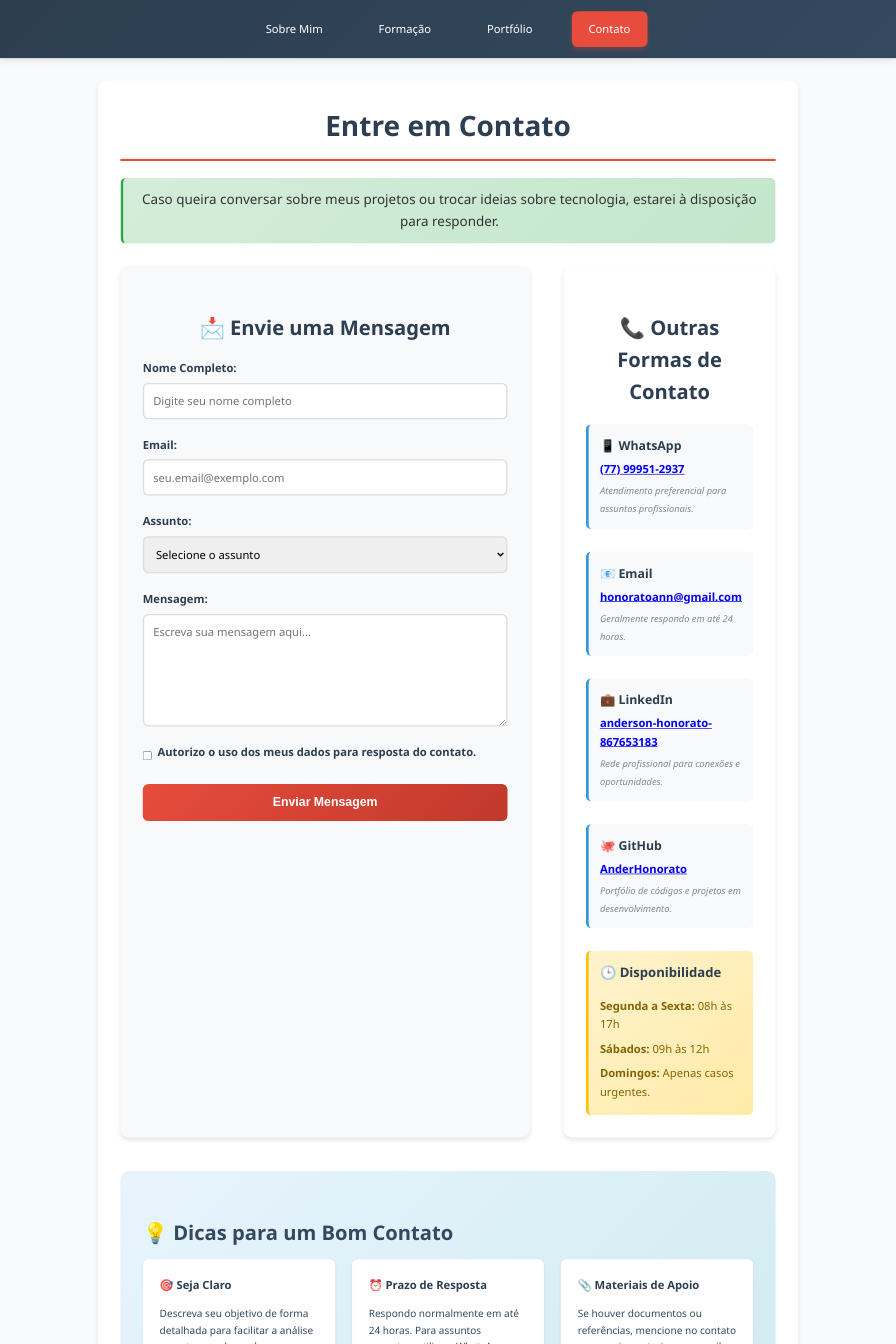
Repository: AnderHonorato/meu-portfolio
Page: contato.html
An editor plug-in stored every save of this project. The page is shown before and after the next save, followed by the edit.
The browser window is 1280 px wide. The pictures show the part of the page from y = 0 to 1920 px (the page is 2054 px tall before and 2943 px after), at 70% of full size.

Above is the page before, as saved 2025-08-26 23:34:54.

### contato.html
<!DOCTYPE html>
<html lang="pt-br">
<head>
    <meta charset="UTF-8">
    <meta name="viewport" content="width=device-width, initial-scale=1.0">
    <title>Contato - Anderson</title>
    <link rel="stylesheet" href="css/style.css">
</head>
<body>
    <!-- MENU -->
    <nav class="menu">
        <ul>
            <li><a href="index.html">Sobre Mim</a></li>
            <li><a href="formacao.html">Formação</a></li>
            <li><a href="portfolio.html">Portfólio</a></li>
            <li><a href="contato.html" class="ativo">Contato</a></li>
        </ul>
    </nav>

    <!-- CONTEÚDO ESPECÍFICO DA PÁGINA DE CONTATO -->
    <main class="conteudo">
        <h1>Entre em Contato</h1>

        <p class="intro-contato">
            Caso queira conversar sobre meus projetos ou trocar ideias sobre tecnologia, estarei à disposição para responder.
        </p>

        <div class="contato-container">
            <!-- FORMULÁRIO DE CONTATO -->
            <div class="formulario-contato">
                <h2>📩 Envie uma Mensagem</h2>

                <!-- FORMULÁRIO (APENAS VISUAL) -->
                <form class="form-contato" id="formContato">
                    <div class="campo">
                        <label for="nome">Nome Completo:</label>
                        <input type="text" id="nome" name="nome" placeholder="Digite seu nome completo" required>
                    </div>

                    <div class="campo">
                        <label for="email">Email:</label>
                        <input type="email" id="email" name="email" placeholder="seu.email@exemplo.com" required>
                    </div>

                    <div class="campo">
                        <label for="assunto">Assunto:</label>
                        <select id="assunto" name="assunto" required>
                            <option value="">Selecione o assunto</option>
                            <option value="oportunidade">Oportunidade de Trabalho</option>
                            <option value="projeto">Proposta de Projeto</option>
                            <option value="duvida">Dúvida Técnica</option>
                            <option value="networking">Networking</option>
                            <option value="outros">Outros</option>
                        </select>
                    </div>

                    <div class="campo">
                        <label for="mensagem">Mensagem:</label>
                        <textarea id="mensagem" name="mensagem" rows="6" placeholder="Escreva sua mensagem aqui..." required></textarea>
                    </div>

                    <!-- CHECKBOX DE CONFIRMAÇÃO -->
                    <div class="campo checkbox">
                        <input type="checkbox" id="aceite" name="aceite" required>
                        <label for="aceite">Autorizo o uso dos meus dados para resposta do contato.</label>
                    </div>

                    <button type="submit" class="btn-enviar">Enviar Mensagem</button>
                </form>

                <!-- MENSAGEM DE RETORNO (OCULTA INICIALMENTE) -->
                <div id="mensagemRetorno" class="mensagem-retorno" style="display: none;">
                    <p>✅ Mensagem enviada com sucesso! Retornarei o contato em breve.</p>
                </div>
            </div>

            <!-- INFORMAÇÕES DE CONTATO DIRETO -->
            <div class="info-contato">
            <h2>📞 Outras Formas de Contato</h2>

            <div class="contato-item">
                <h3>📱 WhatsApp</h3>
                <p><a href="https://wa.me/5577999512937" target="_blank">(77) 99951-2937</a></p>
                <small>Atendimento preferencial para assuntos profissionais.</small>
            </div>

            <div class="contato-item">
                <h3>📧 Email</h3>
                <p><a href="mailto:honoratoann@gmail.com">honoratoann@gmail.com</a></p>
                <small>Geralmente respondo em até 24 horas.</small>
            </div>

            <div class="contato-item">
                <h3>💼 LinkedIn</h3>
                <p><a href="https://www.linkedin.com/in/anderson-honorato-867653183/" target="_blank">anderson-honorato-867653183</a></p>
                <small>Rede profissional para conexões e oportunidades.</small>
            </div>

            <div class="contato-item">
                <h3>🐙 GitHub</h3>
                <p><a href="https://github.com/AnderHonorato" target="_blank">AnderHonorato</a></p>
                <small>Portfólio de códigos e projetos em desenvolvimento.</small>
            </div>

                <!-- HORÁRIOS DE DISPONIBILIDADE -->
                <div class="disponibilidade">
                    <h3>🕒 Disponibilidade</h3>
                    <ul>
                        <li><strong>Segunda a Sexta:</strong> 08h às 17h</li>
                        <li><strong>Sábados:</strong> 09h às 12h</li>
                        <li><strong>Domingos:</strong> Apenas casos urgentes.</li>
                    </ul>
                </div>
            </div>
        </div>

        <!-- SEÇÃO DE DICAS DE CONTATO -->
        <div class="dicas-contato">
            <h2>💡 Dicas para um Bom Contato</h2>
            <div class="dicas-grid">
                <div class="dica-item">
                    <h4>🎯 Seja Claro</h4>
                    <p>Descreva seu objetivo de forma detalhada para facilitar a análise e o retorno adequado.</p>
                </div>
                <div class="dica-item">
                    <h4>⏰ Prazo de Resposta</h4>
                    <p>Respondo normalmente em até 24 horas. Para assuntos urgentes, utilize o WhatsApp.</p>
                </div>
                <div class="dica-item">
                    <h4>📎 Materiais de Apoio</h4>
                    <p>Se houver documentos ou referências, mencione no contato para envio posterior por email.</p>
                </div>
            </div>
        </div>
    </main>

    <!-- SCRIPT DE INTERATIVIDADE DO FORMULÁRIO -->
    <script>
        // SIMULA O ENVIO DO FORMULÁRIO E MOSTRA MENSAGEM DE SUCESSO
        document.getElementById('formContato').addEventListener('submit', function(e) {
            e.preventDefault();
            document.getElementById('mensagemRetorno').style.display = 'block';
            this.reset();
            document.getElementById('mensagemRetorno').scrollIntoView({ behavior: 'smooth' });
        });
    </script>
</body>
</html>

### css/style.css
/* Reset básico e configurações globais */
* {
    margin: 0;
    padding: 0;
    box-sizing: border-box;
}

/* Configurações do corpo da página */
body {
    font-family: 'Segoe UI', Tahoma, Geneva, Verdana, sans-serif;
    line-height: 1.6;
    color: #333;
    background-color: #f8f9fa;
}

/* Menu de navegação - SEMPRE VISÍVEL */
.menu {
    background: linear-gradient(135deg, #2c3e50, #34495e);
    padding: 1rem 0;
    position: sticky; /* Menu fica fixo no topo ao rolar */
    top: 0;
    z-index: 1000; /* Garante que fica por cima de outros elementos */
    box-shadow: 0 2px 10px rgba(0,0,0,0.1);
}

.menu ul {
    list-style: none;
    display: flex;
    justify-content: center;
    gap: 2rem;
    max-width: 1200px;
    margin: 0 auto;
    padding: 0 1rem;
}

.menu a {
    color: white;
    text-decoration: none;
    padding: 0.8rem 1.5rem;
    border-radius: 8px;
    transition: all 0.3s ease;
    display: block;
    font-weight: 500;
}

.menu a:hover {
    background-color: rgba(255, 255, 255, 0.1);
    transform: translateY(-2px);
}

.menu a.ativo {
    background-color: #e74c3c;
    box-shadow: 0 4px 8px rgba(231, 76, 60, 0.3);
}

/* Conteúdo principal */
.conteudo {
    max-width: 1000px;
    margin: 2rem auto;
    padding: 0 1rem;
    background-color: white;
    border-radius: 12px;
    box-shadow: 0 4px 6px rgba(0,0,0,0.1);
    padding: 2rem;
}

.conteudo h1 {
    color: #2c3e50;
    margin-bottom: 1.5rem;
    text-align: center;
    font-size: 2.5rem;
    border-bottom: 3px solid #e74c3c;
    padding-bottom: 1rem;
}

.conteudo h2 {
    color: #34495e;
    margin: 2rem 0 1rem 0;
    font-size: 1.8rem;
}

/* === ESTILOS PÁGINA SOBRE MIM === */
.sobre-container {
    display: grid;
    grid-template-columns: 250px 1fr;
    gap: 2rem;
    margin-top: 2rem;
}

.foto-perfil {
    text-align: center;
}

.placeholder-foto {
    width: 200px;
    height: 200px;
    border-radius: 50%;
    background: linear-gradient(135deg, #e74c3c, #c0392b);
    display: flex;
    align-items: center;
    justify-content: center;
    color: white;
    font-weight: bold;
    margin: 0 auto;
    box-shadow: 0 8px 16px rgba(231, 76, 60, 0.3);
}

.foto-perfil img {
    width: 200px;
    height: 200px;
    border-radius: 50%;
    object-fit: cover;
    box-shadow: 0 8px 16px rgba(0,0,0,0.2);
}

.texto-sobre {
    flex: 1;
}

.texto-sobre p {
    margin-bottom: 1rem;
    text-align: justify;
    font-size: 1.1rem;
}

.lista-hobbies {
    list-style: none;
    margin: 1rem 0;
}

.lista-hobbies li {
    padding: 0.5rem 0;
    font-size: 1.1rem;
    border-bottom: 1px solid #eee;
    transition: all 0.3s ease;
}

.lista-hobbies li:hover {
    background-color: #f8f9fa;
    padding-left: 1rem;
    border-left: 4px solid #e74c3c;
}

.info-adicional {
    margin-top: 3rem;
    padding: 2rem;
    background: linear-gradient(135deg, #ecf0f1, #bdc3c7);
    border-radius: 12px;
}

/* === ESTILOS PÁGINA FORMAÇÃO === */
.formacao-secao {
    margin-bottom: 3rem;
}

.item-formacao {
    background: linear-gradient(135deg, #f8f9fa, #e9ecef);
    padding: 2rem;
    border-radius: 12px;
    margin-bottom: 1.5rem;
    border-left: 5px solid #e74c3c;
    transition: transform 0.3s ease;
}

.item-formacao:hover {
    transform: translateY(-5px);
    box-shadow: 0 8px 16px rgba(0,0,0,0.1);
}

.item-formacao h3 {
    color: #2c3e50;
    margin-bottom: 1rem;
    font-size: 1.3rem;
}

.item-formacao p {
    margin-bottom: 0.5rem;
}

.lista-idiomas {
    list-style: none;
}

.lista-idiomas li {
    padding: 1rem 0;
    border-bottom: 1px solid #ddd;
}

.lista-idiomas li:last-child {
    border-bottom: none;
}

.nivel-idioma {
    margin-top: 0.5rem;
}

.barra-progresso {
    width: 100%;
    height: 8px;
    background-color: #ecf0f1;
    border-radius: 4px;
    overflow: hidden;
    margin: 0.5rem 0;
}

.progresso {
    height: 100%;
    background: linear-gradient(90deg, #e74c3c, #c0392b);
    transition: width 0.3s ease;
}

.descricao-nivel {
    font-size: 0.9rem;
    color: #7f8c8d;
    font-style: italic;
}

.proximos-estudos ul {
    list-style: none;
    display: grid;
    grid-template-columns: repeat(auto-fit, minmax(250px, 1fr));
    gap: 1rem;
}

.proximos-estudos li {
    background-color: #fff3cd;
    padding: 1rem;
    border-radius: 8px;
    border-left: 4px solid #ffc107;
    font-weight: 500;
}

/* === ESTILOS PÁGINA PORTFÓLIO === */
.intro-portfolio {
    text-align: center;
    font-size: 1.2rem;
    margin-bottom: 2rem;
    padding: 1rem;
    background-color: #f8f9fa;
    border-radius: 8px;
    border-left: 4px solid #e74c3c;
}

.projetos-grid {
    display: grid;
    grid-template-columns: repeat(auto-fit, minmax(350px, 1fr));
    gap: 2rem;
    margin-bottom: 3rem;
}

.projeto-item {
    background: linear-gradient(135deg, #ffffff, #f8f9fa);
    padding: 2rem;
    border-radius: 12px;
    box-shadow: 0 4px 8px rgba(0,0,0,0.1);
    transition: all 0.3s ease;
    border-top: 4px solid #e74c3c;
}

.projeto-item:hover {
    transform: translateY(-8px);
    box-shadow: 0 12px 24px rgba(0,0,0,0.15);
}

.projeto-item h3 {
    color: #2c3e50;
    margin-bottom: 1rem;
    font-size: 1.4rem;
}

.tags-projeto {
    margin-bottom: 1rem;
}

.tag {
    display: inline-block;
    background: linear-gradient(135deg, #e74c3c, #c0392b);
    color: white;
    padding: 0.3rem 0.8rem;
    border-radius: 20px;
    font-size: 0.8rem;
    margin-right: 0.5rem;
    font-weight: 500;
}

.projeto-detalhes {
    margin: 1rem 0;
    padding: 1rem;
    background-color: #f8f9fa;
    border-radius: 8px;
}

.projeto-detalhes p {
    margin-bottom: 0.5rem;
    font-size: 0.9rem;
}

.btn-projeto {
    display: inline-block;
    background: linear-gradient(135deg, #3498db, #2980b9);
    color: white;
    padding: 0.8rem 1.5rem;
    text-decoration: none;
    border-radius: 8px;
    transition: all 0.3s ease;
    font-weight: 500;
}

.btn-projeto:hover {
    transform: translateY(-2px);
    box-shadow: 0 4px 8px rgba(52, 152, 219, 0.3);
}

/* Habilidades técnicas */
.habilidades-secao {
    margin-top: 3rem;
    padding: 2rem;
    background: linear-gradient(135deg, #ecf0f1, #bdc3c7);
    border-radius: 12px;
}

.habilidades-grid {
    display: grid;
    grid-template-columns: repeat(auto-fit, minmax(250px, 1fr));
    gap: 1.5rem;
    margin-top: 1rem;
}

.habilidade-item {
    background-color: white;
    padding: 1.5rem;
    border-radius: 8px;
    box-shadow: 0 2px 4px rgba(0,0,0,0.1);
}

.habilidade-item h4 {
    color: #2c3e50;
    margin-bottom: 1rem;
    font-size: 1.1rem;
}

.nivel-habilidade {
    display: flex;
    align-items: center;
    gap: 1rem;
}

.barra-habilidade {
    flex: 1;
    height: 8px;
    background-color: #ecf0f1;
    border-radius: 4px;
    overflow: hidden;
}

.progresso-habilidade {
    height: 100%;
    background: linear-gradient(90deg, #27ae60, #2ecc71);
    transition: width 0.3s ease;
}

.estudos-atuais {
    margin-top: 2rem;
    padding: 2rem;
    background-color: #e8f5e8;
    border-radius: 12px;
    border-left: 5px solid #27ae60;
}

.lista-estudos {
    list-style: none;
    display: grid;
    grid-template-columns: repeat(auto-fit, minmax(300px, 1fr));
    gap: 1rem;
}

.lista-estudos li {
    padding: 1rem;
    background-color: white;
    border-radius: 8px;
    box-shadow: 0 2px 4px rgba(0,0,0,0.1);
    transition: transform 0.3s ease;
}

.lista-estudos li:hover {
    transform: translateX(10px);
}

/* === ESTILOS PÁGINA CONTATO === */
.intro-contato {
    text-align: center;
    font-size: 1.2rem;
    margin-bottom: 2rem;
    padding: 1rem;
    background: linear-gradient(135deg, #d4edda, #c3e6cb);
    border-radius: 8px;
    border-left: 4px solid #28a745;
}

.contato-container {
    display: grid;
    grid-template-columns: 2fr 1fr;
    gap: 3rem;
    margin-top: 2rem;
}

.formulario-contato {
    background-color: #f8f9fa;
    padding: 2rem;
    border-radius: 12px;
    box-shadow: 0 4px 8px rgba(0,0,0,0.1);
}

.formulario-contato h2 {
    color: #2c3e50;
    margin-bottom: 1.5rem;
    text-align: center;
}

.form-contato {
    display: flex;
    flex-direction: column;
    gap: 1.5rem;
}

.campo {
    display: flex;
    flex-direction: column;
}

.campo.checkbox {
    flex-direction: row;
    align-items: center;
    gap: 0.5rem;
}

.campo.checkbox input {
    width: auto;
}

.campo label {
    margin-bottom: 0.5rem;
    font-weight: 600;
    color: #2c3e50;
}

.campo input,
.campo textarea,
.campo select {
    padding: 0.8rem;
    border: 2px solid #ddd;
    border-radius: 8px;
    font-size: 1rem;
    transition: border-color 0.3s ease;
    font-family: inherit;
}

.campo input:focus,
.campo textarea:focus,
.campo select:focus {
    outline: none;
    border-color: #e74c3c;
    box-shadow: 0 0 0 3px rgba(231, 76, 60, 0.1);
}

.btn-enviar {
    background: linear-gradient(135deg, #e74c3c, #c0392b);
    color: white;
    padding: 1rem 2rem;
    border: none;
    border-radius: 8px;
    cursor: pointer;
    font-size: 1.1rem;
    font-weight: 600;
    transition: all 0.3s ease;
}

.btn-enviar:hover {
    transform: translateY(-2px);
    box-shadow: 0 4px 8px rgba(231, 76, 60, 0.3);
}

.mensagem-retorno {
    margin-top: 1rem;
    padding: 1rem;
    background-color: #d4edda;
    border: 1px solid #c3e6cb;
    border-radius: 8px;
    color: #155724;
    text-align: center;
    font-weight: 500;
}

/* Informações de contato */
.info-contato {
    background-color: white;
    padding: 2rem;
    border-radius: 12px;
    box-shadow: 0 4px 8px rgba(0,0,0,0.1);
    height: fit-content;
}

.info-contato h2 {
    color: #2c3e50;
    margin-bottom: 1.5rem;
    text-align: center;
}

.contato-item {
    margin-bottom: 2rem;
    padding: 1rem;
    background-color: #f8f9fa;
    border-radius: 8px;
    border-left: 4px solid #3498db;
}

.contato-item h3 {
    color: #2c3e50;
    margin-bottom: 0.5rem;
    font-size: 1.1rem;
}

.contato-item p {
    font-weight: 600;
    color: #34495e;
    margin-bottom: 0.3rem;
}

.contato-item small {
    color: #7f8c8d;
    font-style: italic;
}

.disponibilidade {
    padding: 1rem;
    background: linear-gradient(135deg, #fff3cd, #ffeaa7);
    border-radius: 8px;
    border-left: 4px solid #ffc107;
}

.disponibilidade h3 {
    color: #2c3e50;
    margin-bottom: 1rem;
}

.disponibilidade ul {
    list-style: none;
}

.disponibilidade li {
    padding: 0.3rem 0;
    color: #856404;
}

/* Dicas de contato */
.dicas-contato {
    margin-top: 3rem;
    padding: 2rem;
    background: linear-gradient(135deg, #e8f4fd, #d1ecf1);
    border-radius: 12px;
}

.dicas-grid {
    display: grid;
    grid-template-columns: repeat(auto-fit, minmax(250px, 1fr));
    gap: 1.5rem;
    margin-top: 1rem;
}

.dica-item {
    background-color: white;
    padding: 1.5rem;
    border-radius: 8px;
    box-shadow: 0 2px 4px rgba(0,0,0,0.1);
    transition: transform 0.3s ease;
}

.dica-item:hover {
    transform: translateY(-5px);
}

.dica-item h4 {
    color: #2c3e50;
    margin-bottom: 1rem;
}

.dica-item p {
    color: #34495e;
    font-size: 0.9rem;
}

/* === RESPONSIVIDADE === */
@media (max-width: 768px) {
    /* Menu responsivo */
    .menu ul {
        flex-wrap: wrap;
        gap: 0.5rem;
        justify-content: center;
    }

    .menu a {
        padding: 0.6rem 1rem;
        font-size: 0.9rem;
    }

    /* Conteúdo */
    .conteudo {
        margin: 1rem;
        padding: 1.5rem;
    }

    .conteudo h1 {
        font-size: 2rem;
    }

    /* Sobre mim responsivo */
    .sobre-container {
        grid-template-columns: 1fr;
        text-align: center;
        gap: 1.5rem;
    }

    /* Formação responsiva */
    .item-formacao {
        padding: 1.5rem;
    }

    /* Portfólio responsivo */
    .projetos-grid {
        grid-template-columns: 1fr;
        gap: 1.5rem;
    }

    .habilidades-grid {
        grid-template-columns: 1fr;
    }

    /* Contato responsivo */
    .contato-container {
        grid-template-columns: 1fr;
        gap: 2rem;
    }

    .dicas-grid {
        grid-template-columns: 1fr;
    }
}

@media (max-width: 480px) {
    .conteudo {
        padding: 1rem;
    }

    .conteudo h1 {
        font-size: 1.8rem;
    }

    .menu ul {
        flex-direction: column;
        gap: 0.3rem;
    }

    .projeto-item,
    .item-formacao,
    .formulario-contato {
        padding: 1rem;
    }
}

/* Animações e efeitos especiais */
@keyframes slideInUp {
    from {
        opacity: 0;
        transform: translateY(30px);
    }
    to {
        opacity: 1;
        transform: translateY(0);
    }
}

.conteudo {
    animation: slideInUp 0.6s ease-out;
}

/* Scroll suave */
html {
    scroll-behavior: smooth;
}

/* desataque */
.projeto-item.destaque {
    background: linear-gradient(135deg, #f0f9ff, #e6f7ff);
    border-left: 6px solid #3498db;
    box-shadow: 0 8px 16px rgba(52, 152, 219, 0.2);
    transform: scale(1.02);
    transition: all 0.4s ease;
    position: relative;
    overflow: hidden;
}

.projeto-item.destaque:hover {
    transform: scale(1.04);
    box-shadow: 0 12px 24px rgba(52, 152, 219, 0.3);
}

.projeto-item.destaque::before {
    content: "";
    position: absolute;
    top: -2px;
    left: -2px;
    right: -2px;
    bottom: -2px;
    background: linear-gradient(90deg, #3498db, #2980b9, #3498db);
    z-index: 0;
    border-radius: 12px;
    filter: blur(6px);
    opacity: 0.7;
    animation: animarBorda 3s linear infinite;
}

.projeto-item.destaque > * {
    position: relative;
    z-index: 1;
}

@keyframes animarBorda {
    0% { background-position: 0% 50%; }
    50% { background-position: 100% 50%; }
    100% { background-position: 0% 50%; }
}

After the next save:
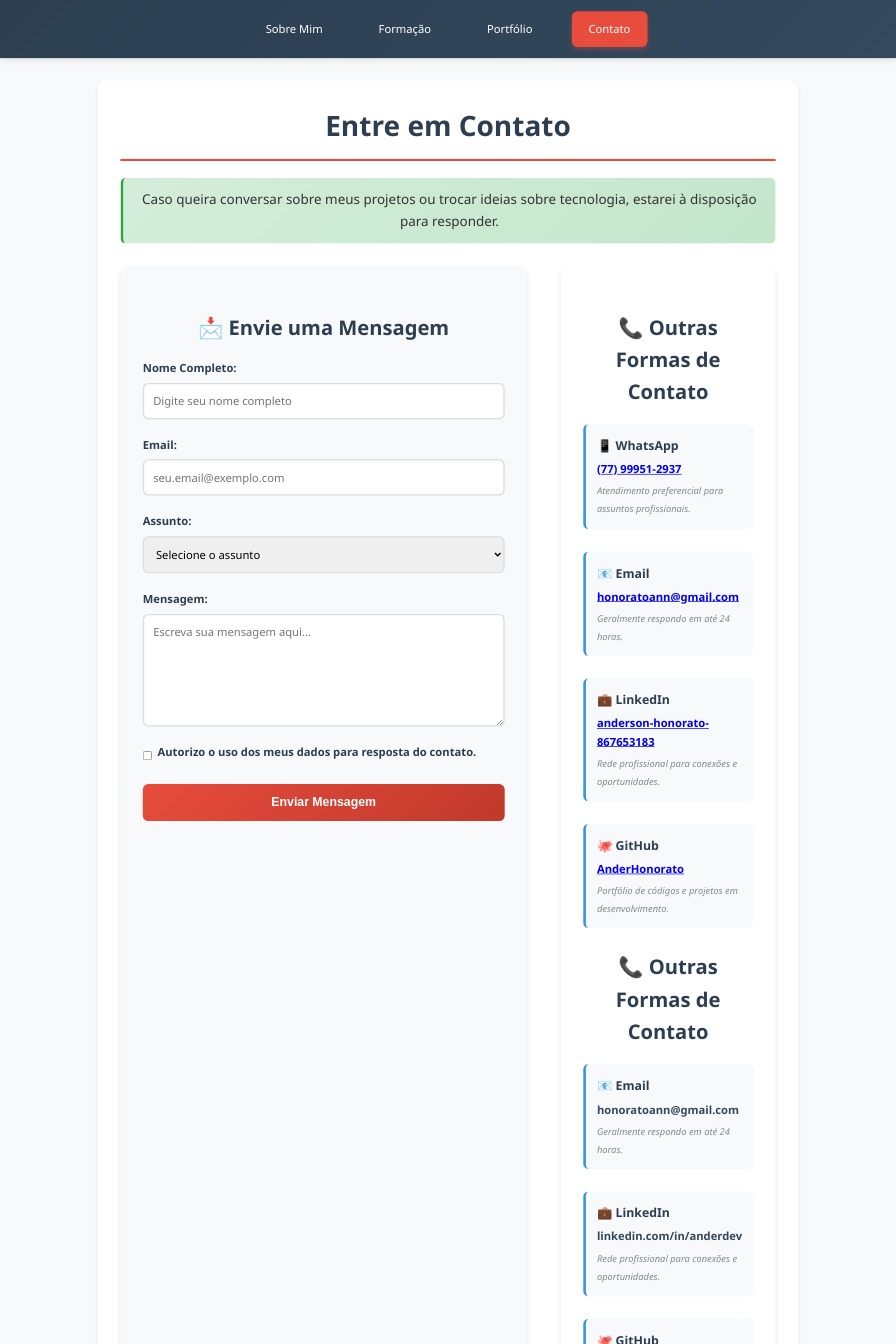
Saved 50 s later.
--- a/contato.html
+++ b/contato.html
@@ -101,6 +101,31 @@
                 <p><a href="https://github.com/AnderHonorato" target="_blank">AnderHonorato</a></p>
                 <small>Portfólio de códigos e projetos em desenvolvimento.</small>
             </div>
+                <h2>📞 Outras Formas de Contato</h2>
+
+                <div class="contato-item">
+                    <h3>📧 Email</h3>
+                    <p>honoratoann@gmail.com</p>
+                    <small>Geralmente respondo em até 24 horas.</small>
+                </div>
+
+                <div class="contato-item">
+                    <h3>💼 LinkedIn</h3>
+                    <p>linkedin.com/in/anderdev</p>
+                    <small>Rede profissional para conexões e oportunidades.</small>
+                </div>
+
+                <div class="contato-item">
+                    <h3>🐙 GitHub</h3>
+                    <p>github.com/anderdev</p>
+                    <small>Portfólio de códigos e projetos em desenvolvimento.</small>
+                </div>
+
+                <div class="contato-item">
+                    <h3>📱 WhatsApp</h3>
+                    <p>(77) 99951-2937</p>
+                    <small>Atendimento preferencial para assuntos profissionais.</small>
+                </div>
 
                 <!-- HORÁRIOS DE DISPONIBILIDADE -->
                 <div class="disponibilidade">
